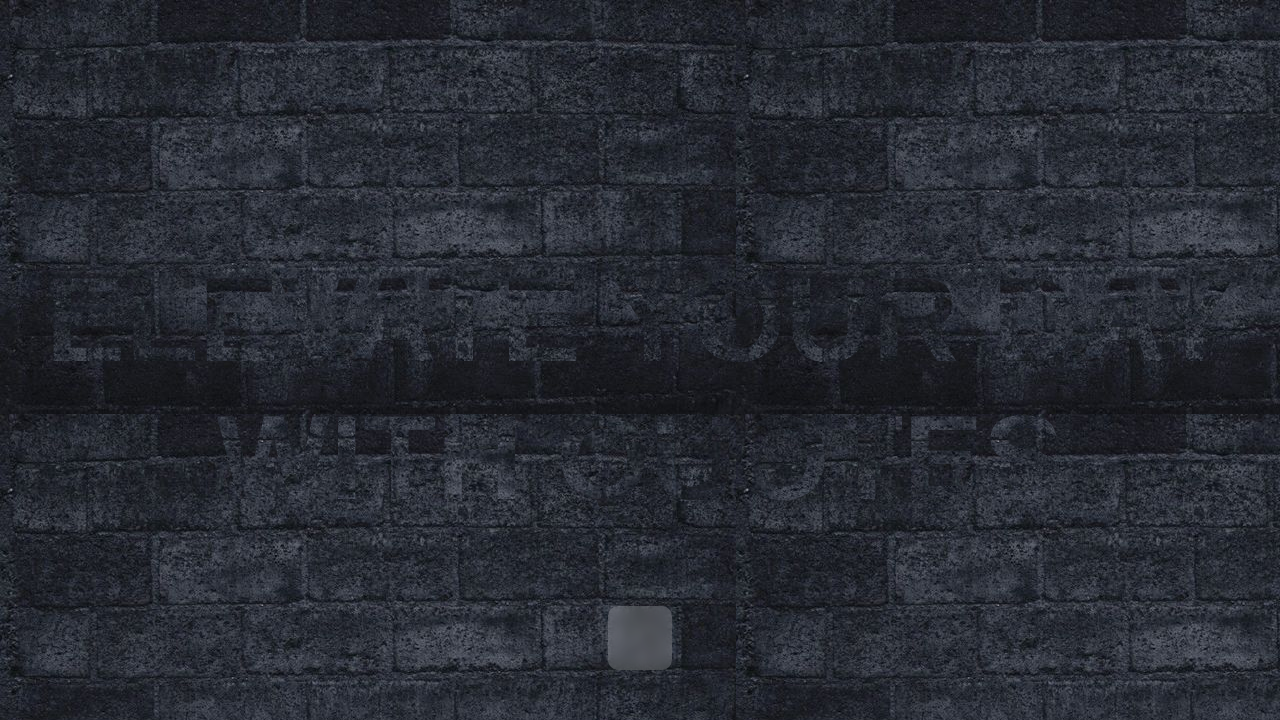
Repository: Bhavik-Sanghar/Quote-app
Page: /
An editor plug-in stored every save of this project. The page is shown before and after the next save, followed by the edit.
The browser window is 1280 px wide. The pictures show the whole page.
The page's requests for data from a server got no answer. The project was rebuilt for these pictures with package versions that can differ from the ones it lists, and the page was loaded fresh each time. No one was signed in, and anything a server would have sent is missing. Also part of the build but not shown: src/styles.css.

Above is the page before, as saved 2023-08-18 15:00:05.

After the next save:
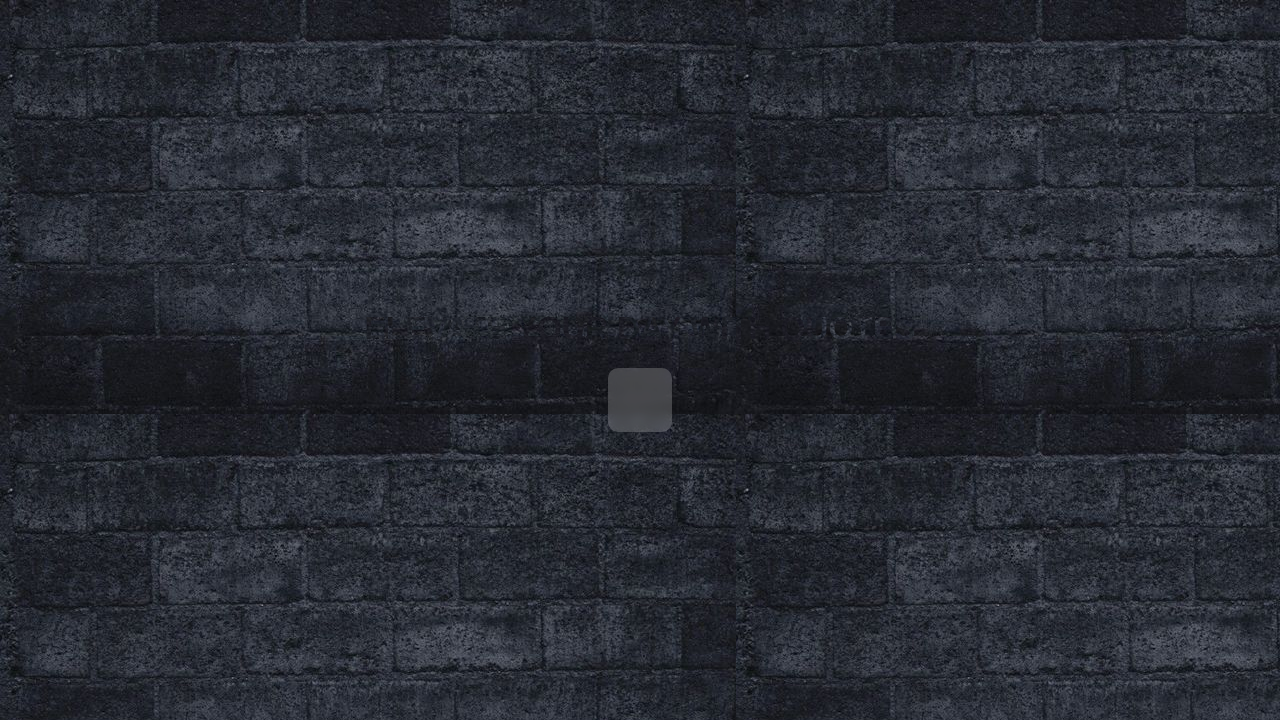
Saved 12 s later.
--- a/src/components/New.css
+++ b/src/components/New.css
@@ -16,8 +16,6 @@
     background-repeat: repeat;
     -webkit-background-clip: text;
     -webkit-text-fill-color: transparent;
-    margin-top: 200px;
-    font-size: 120px;
     text-align: center;
     font-weight: bold;
     text-transform: uppercase;
